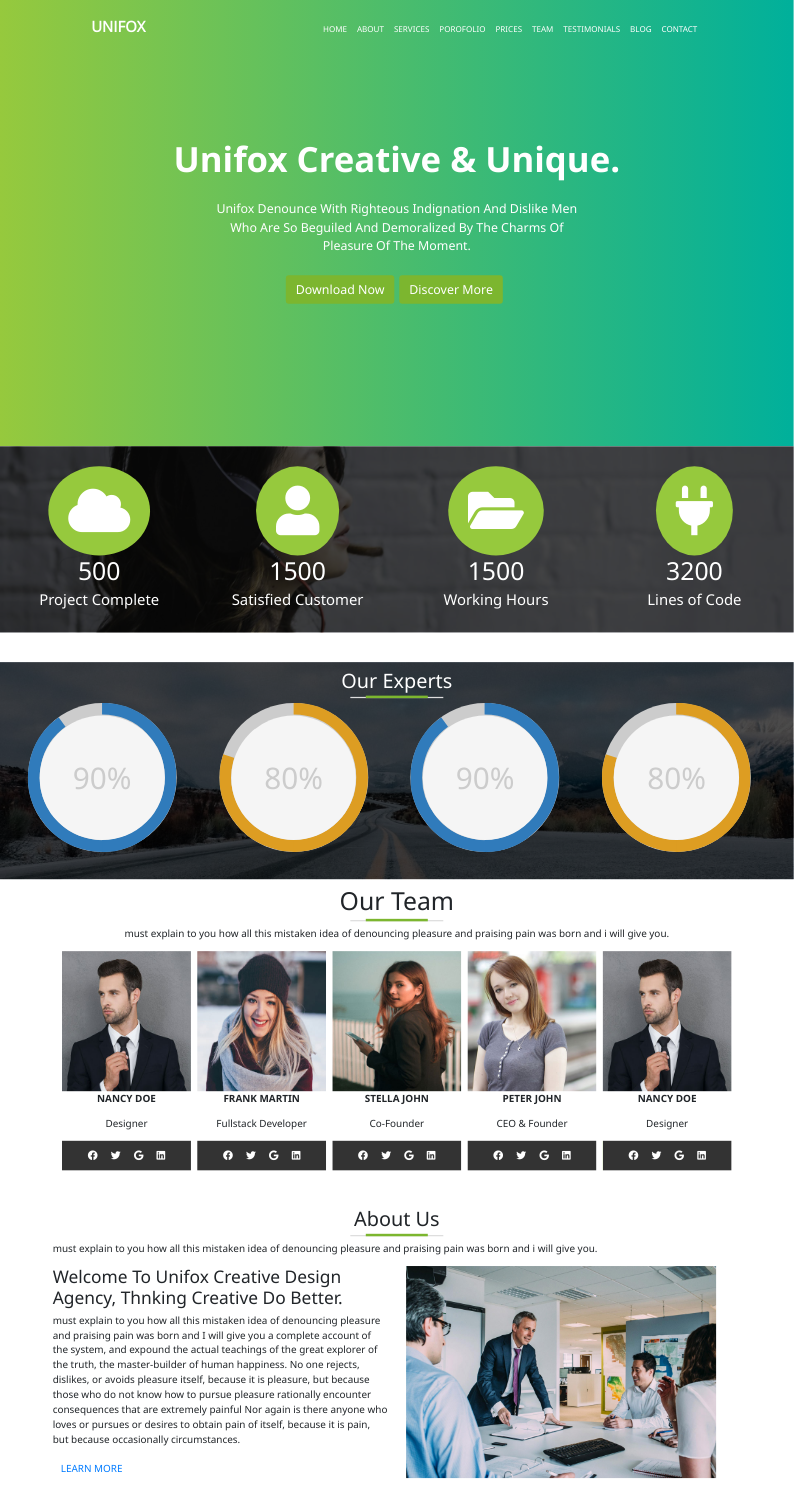
Repository: ibrkhalil/Uniforce-First-Attempt
Page: index.html
The author's editor kept a copy of each file at every save. The page is drawn from the files as they stood at one save, then again after the next save.
The browser window is 1280 px wide. The pictures show the whole page, at 62% of full size.
Backgrounds fixed to the window are drawn as part of the page.

Above is the page before, as saved 2021-01-24 02:30:30.

### index.html
<!DOCTYPE html>
<html lang="en">
  <head>
    <meta charset="UTF-8" />
    <link rel="stylesheet" href="./bootstrap.min.css" />
    <link rel="stylesheet" href="owl.carousel.css" />
    <link rel="preconnect" href="https://fonts.gstatic.com" />
    <link rel="stylesheet" href="./jquery-ui.css" />
    <link
      rel="stylesheet"
      href="https://use.fontawesome.com/releases/v5.15.2/css/all.css"
      integrity="sha384-vSIIfh2YWi9wW0r9iZe7RJPrKwp6bG+s9QZMoITbCckVJqGCCRhc+ccxNcdpHuYu"
      crossorigin="anonymous"
    />
    <link rel="stylesheet" href="./circle.css" />
    <link
      href="https://fonts.googleapis.com/css2?family=Open+Sans&display=swap"
      rel="stylesheet"
    />
    <link rel="stylesheet" href="style.css" />
    <meta name="viewport" content="width=device-width, initial-scale=1.0" />
    <title>Unifox</title>
  </head>

  <body>
    <div class="main-nav">
      <nav
        class="navbar navbar-expand-lg justify-content-around sticky-top navbar-fixed-top"
      >
        <!-- <div class="container"> -->
        <a class="navbar-brand" href="#"><h3 class="unifox">UNIFOX</h3></a>
        <button
          class="navbar-toggler"
          type="button"
          data-toggle="collapse"
          data-target="#navbarSupportedContent"
          aria-controls="navbarSupportedContent"
          aria-expanded="false"
          aria-label="Toggle navigation"
        >
          <span class="fa fa-bars fa-3x"></span>
        </button>
        <div class="">
          <div class="nav-items">
            <div class="collapse navbar-collapse" id="navbarSupportedContent">
              <ul class="navbar-nav mr-auto">
                <li class="item">
                  <a class="nav-link active" href="#">HOME</a>
                </li>
                <li class="nav-item"><a class="nav-link" href="#">ABOUT</a></li>
                <li class="nav-item">
                  <a class="nav-link" href="#">SERVICES</a>
                </li>
                <li class="nav-item">
                  <a class="nav-link" href="#">POROFOLIO</a>
                </li>
                <li class="nav-link"><a href="#">PRICES</a></li>
                <li class="nav-link"><a href="#">TEAM</a></li>
                <li class="nav-link"><a href="#">TESTIMONIALS</a></li>
                <li class="nav-link"><a href="#">BLOG</a></li>
                <li class="nav-link"><a href="#">CONTACT</a></li>
              </ul>
            </div>
          </div>
        </div>

        <!-- </div> -->
      </nav>

      <!-- nav end -->

      <div class="jumbotron">
        <h1 class="display-4 jumbo-main-text">
          <strong>Unifox Creative & Unique.</strong>
        </h1>
        <p class="lead jumbo-subtext">
          Unifox Denounce With Righteous Indignation And Dislike Men Who Are So
          Beguiled And Demoralized By The Charms Of Pleasure Of The Moment.
        </p>

        <div class="jumbo-btns">
          <p class="lead">
            <a class="btn jumbo-btn btn-primary btn-lg" href="#" role="button"
              >Download Now</a
            >
          </p>
          <p class="lead">
            <a class="btn jumbo-btn btn-primary btn-lg" href="#" role="button"
              >Discover More</a
            >
          </p>
        </div>
      </div>
      <!-- jumbotron end -->
      <!-- heading end -->
    </div>
    <div class="counting-number parallax">
      <div class="container-fluid">
        <div class="row">
          <div class="col-md-3">
            <i class="fa counting-icon fa-cloud fa-5x"></i>
            <h1 class="counter" data-count="500">0</h1>
            <h4>Project Complete</h4>
          </div>
          <div class="col-md-3">
            <i class="fa counting-icon fa-user fa-5x"></i>
            <h1 class="counter" data-count="1500">0</h1>
            <h4>Satisfied Customer</h4>
          </div>
          <div class="col-md-3">
            <i class="fa counting-icon fa-folder-open fa-5x"></i>
            <h1 class="counter" data-count="1500">0</h1>
            <h4>Working Hours</h4>
          </div>
          <div class="col-md-3">
            <i class="fa counting-icon fa-plug fa-5x"></i>
            <h1 class="counter" data-count="3200">0</h1>
            <h4>Lines of Code</h4>
          </div>
        </div>
      </div>
    </div>

    <br />
    <br />

    <!-- Counting number div -->
    <div class="our-experts-main">
      <h2 class="our-experts-word line">Our Experts</h2>

      <div class="our-experts">
        <div class="clearfix circular-icons">
          <div class="c100 p90 big blue">
            <span>90%</span>
            <div class="slice">
              <div class="bar"></div>
              <div class="fill"></div>
            </div>
          </div>
          <div class="c100 p80 big orange">
            <span>80%</span>
            <div class="slice">
              <div class="bar"></div>
              <div class="fill"></div>
            </div>
          </div>
          <div class="c100 p90 big blue">
            <span>90%</span>
            <div class="slice">
              <div class="bar"></div>
              <div class="fill"></div>
            </div>
          </div>

          <div class="c100 p80 big orange">
            <span>80%</span>
            <div class="slice">
              <div class="bar"></div>
              <div class="fill"></div>
            </div>
          </div>
        </div>
        <!-- /green -->

        <!-- orange -->
        <div class="clearfix"></div>
      </div>
    </div>

    <!-- experts end -->

    <div class="our-team">
      <div class="container">
        <div class="our-team-text">
          <h1 class="line">Our Team</h1>

          <p>
            must explain to you how all this mistaken idea of denouncing
            pleasure and praising pain was born and i will give you.
          </p>
        </div>
        <div class="top-content">
          <div class="container-fluid">
            <div class="owl-carousel owl-theme">
              <div class="item">
                <img
                  src="./images/1 (1).jpg"
                  class="img-fluid mx-auto d-block"
                  alt="img1"
                />
                <strong class="team-member-name">
                  <p>STELLA JOHN</p>
                </strong>
                <p>Co-Founder</p>
                <div class="social-media-icons" data-content="Link Hover">
                  <div
                    class="container d-flex justify-content-around align-items-center"
                  >
                    <i class="fab fa-facebook"></i>
                    <i class="fab fa-twitter"></i>
                    <i class="fab fa-google"></i>
                    <i class="fab fa-linkedin"></i>
                  </div>
                </div>
              </div>

              <div class="item">
                <img
                  src="./images/2 (1).jpg"
                  class="img-fluid mx-auto d-block"
                  alt="img2"
                />
                <strong class="team-member-name">
                  <p>PETER JOHN</p>
                </strong>
                <p>CEO & Founder</p>
                <div class="social-media-icons">
                  <div
                    class="container d-flex justify-content-around align-items-center"
                  >
                    <i class="fab fa-facebook"></i>
                    <i class="fab fa-twitter"></i>
                    <i class="fab fa-google"></i>
                    <i class="fab fa-linkedin"></i>
                  </div>
                </div>
              </div>

              <div class="item">
                <img
                  src="./images/3 (1).jpg"
                  class="img-fluid mx-auto d-block"
                  alt="img3"
                />
                <strong class="team-member-name">
                  <p>NANCY DOE</p>
                </strong>
                <p>Designer</p>
                <div class="social-media-icons">
                  <div
                    class="container d-flex justify-content-around align-items-center"
                  >
                    <i class="fab fa-facebook"></i>
                    <i class="fab fa-twitter"></i>
                    <i class="fab fa-google"></i>
                    <i class="fab fa-linkedin"></i>
                  </div>
                </div>
              </div>

              <div class="item">
                <img
                  src="./images/4.jpg"
                  class="img-fluid mx-auto d-block"
                  alt="img4"
                />
                <strong class="team-member-name">
                  <p>FRANK MARTIN</p>
                </strong>
                <p>Fullstack Developer</p>
                <div class="social-media-icons">
                  <div
                    class="container d-flex justify-content-around align-items-center"
                  >
                    <i class="fab fa-facebook"></i>
                    <i class="fab fa-twitter"></i>
                    <i class="fab fa-google"></i>
                    <i class="fab fa-linkedin"></i>
                  </div>
                </div>
              </div>
            </div>
          </div>
        </div>
      </div>
    </div>
        <section class="about-section my-5 green-bottom-border">
            <div class="container">
                <h2 class="line">About Us</h2>
                <p>must explain to you how all this mistaken idea of denouncing pleasure and praising pain was born and i will give you.</p>
                <div class="row">
                    <div class="col-md-6"><h3>Welcome To <span class="green-color">Unifox Creative</span> Design Agency, Thnking Creative Do Better.</h3><p>must explain to you how all this mistaken idea of denouncing pleasure and praising pain was born and I will give you a complete account of the system, and expound the actual teachings of the great explorer of the truth, the master-builder of human happiness. No one rejects, dislikes, or avoids pleasure itself, because it is pleasure, but because those who do not know how to pursue pleasure rationally encounter consequences that are extremely painful Nor again is there anyone who loves or pursues or desires to obtain pain of itself, because it is pain, but because occasionally circumstances.</p>
                    <a href="#" class="btn">LEARN MORE</a>
                    </div>
                    <div class="col-md-6">
                        <img src="./about-bg.jpg" src="about" width="500px">
                    </div>
                </div>
            </div>
            </section>

    <script src="./jquery.js"></script>
    <script src="./jquery-ui.js"></script>
    <script src="./owl.carousel.js"></script>
    <script src="./owl.autoplay.js"></script>
    <script src="./bootstrap.js"></script>
    <script src="./script.js"></script>
  </body>
</html>

### style.css
*{
    margin: 0;
    padding: 0;
}
body{
    font-family: 'Segoe UI', Tahoma, Geneva, Verdana, sans-serif;
}
.nav-items{
    display: flex;
    width: 100%;
    justify-content: space-between;
}

.main-nav h3{
    font-family: 'Open Sans', sans-serif;
    font-weight: bold;
    font-size: x-large;
}
.main-nav{
    transition: all 200ms;
    font-size: small;
    background: linear-gradient(to right, #96c93d, #00b09b);
    height: 100vh;
}
.main-nav a{
    text-decoration: none;
    color: white;
    border: none;
}
 .main-nav li, .main-nav h3 {
    margin-top: 1rem;
}
.circular-icons{
    display: flex;
    justify-content: space-between;
}
.jumbotron{
    text-align: center;
    margin-top: 5rem;
    color: white;
    background-color: transparent;
}
.jumbo-btn{
    background-color: #7CB62F;
}

.navbar-fixed-top a:hover{
    color: #3e3e3e;
}
.navbar-fixed-top.scrolled {
    width: 100vw;
    background-color: #fff !important;
    /* padding: 0.5rem 0; */
    /* transition: all 200ms ease; */

  }
/* .navbar-fixed-top.scrolled  a{
    color: black;

  } */
  .navbar-fixed-top.scrolled  a:hover{
    color: gray;

  }
.jumbo-btns{
    display: flex;
    justify-content: center;
}
.jumbo-subtext{

    margin: 2rem auto;
    width: 50%;
}
.jumbo-main-text{
font-weight: 400;
}
.jumbo-btns p{
   margin-right: 0.5rem;
}
.lead-btns a{
    display: flex;
    border: none;
}
.parallax {
    background-image: url("./fun_facts_bg.jpg");
    height: 300px;
    background-blend-mode: overlay;
    background-attachment: fixed;
    background-position: center;
    background-repeat: no-repeat;
    background-size: cover;
    background-color: rgba(0, 0, 0,0.7);
    color: white;
    text-align: center;
    display: flex;
    align-items: center;
  }
  .parallax img {
      height: 300px;
      object-fit: cover;
  }
  .counting-icon{
      padding: 2rem;
      background-color: #96c93d ;
      border-radius: 50%;
  }
.jumbo-btn:hover{
    transition: 1s;
    background-color: black;
}
.line{
    position: relative;
    text-align: center;
    padding: 10px 0;
}
.line::after , .line::before{
    content: "";
    width: 100px;
    height: 4px;
    position: absolute;
    background-color: #7CB62F;
    left: 50%;
    transform: translate(-50%,0);
    bottom: 0;
}
.line::before{
    height: 2px;
    background-color: #ddd;
    width: 150px;
}


.clearfix:before,.clearfix:after {content: " "; display: table;}
.clearfix:after {clear: both;}
.clearfix {*zoom: 1;}


.our-experts-main{
    background-image: url("./skill-bg.jpg");
    height: 350px;
    background-blend-mode: overlay;
    background-attachment: fixed;
    background-position: center;
    background-repeat: no-repeat;
    background-size: cover;
    background-color: rgba(0, 0, 0,0.7);
    color: white;
}
.our-experts-main:first-child{
    display: flex;
    justify-content: center;
}
.our-experts h2{
    display: block !important;
}
.our-team{
    text-align: center;
}
@media (min-width: 768px) and (max-width: 991px) {
    /* Show 4th slide on md if col-md-4*/
    .carousel-inner .active.col-md-4.carousel-item + .carousel-item + .carousel-item + .carousel-item {
        position: absolute;
        top: 0;
        right: -33.3333%;  /*change this with javascript in the future*/
        z-index: -1;
        display: block;
        visibility: visible;
    }
}
@media (min-width: 576px) and (max-width: 768px) {
    /* Show 3rd slide on sm if col-sm-6*/
    .carousel-inner .active.col-sm-6.carousel-item + .carousel-item + .carousel-item {
        position: absolute;
        top: 0;
        right: -50%;  /*change this with javascript in the future*/
        z-index: -1;
        display: block;
        visibility: visible;
    }
}
@media (min-width: 576px) {
    .carousel-item {
        margin-right: 0;
    }
    /* show 2 items */
    .carousel-inner .active + .carousel-item {
        display: block;
    }
    .carousel-inner .carousel-item.active:not(.carousel-item-right):not(.carousel-item-left),
    .carousel-inner .carousel-item.active:not(.carousel-item-right):not(.carousel-item-left) + .carousel-item {
        transition: none;
    }
    .carousel-inner .carousel-item-next {
        position: relative;
        transform: translate3d(0, 0, 0);
    }
    /* left or forward direction */
    .active.carousel-item-left + .carousel-item-next.carousel-item-left,
    .carousel-item-next.carousel-item-left + .carousel-item,
    .carousel-item-next.carousel-item-left + .carousel-item + .carousel-item {
        position: relative;
        transform: translate3d(-100%, 0, 0);
        visibility: visible;
    }
    /* farthest right hidden item must be also positioned for animations */
    .carousel-inner .carousel-item-prev.carousel-item-right {
        position: absolute;
        top: 0;
        left: 0;
        z-index: -1;
        display: block;
        visibility: visible;
    }
    /* right or prev direction */
    .active.carousel-item-right + .carousel-item-prev.carousel-item-right,
    .carousel-item-prev.carousel-item-right + .carousel-item,
    .carousel-item-prev.carousel-item-right + .carousel-item + .carousel-item {
        position: relative;
        transform: translate3d(100%, 0, 0);
        visibility: visible;
        display: block;
        visibility: visible;
    }
}
/* MD */
@media (min-width: 768px) {
    /* show 3rd of 3 item slide */
    .carousel-inner .active + .carousel-item + .carousel-item {
        display: block;
    }
    .carousel-inner .carousel-item.active:not(.carousel-item-right):not(.carousel-item-left) + .carousel-item + .carousel-item {
        transition: none;
    }
    .carousel-inner .carousel-item-next {
        position: relative;
        transform: translate3d(0, 0, 0);
    }
    /* left or forward direction */
    .carousel-item-next.carousel-item-left + .carousel-item + .carousel-item + .carousel-item {
        position: relative;
        transform: translate3d(-100%, 0, 0);
        visibility: visible;
    }
    /* right or prev direction */
    .carousel-item-prev.carousel-item-right + .carousel-item + .carousel-item + .carousel-item {
        position: relative;
        transform: translate3d(100%, 0, 0);
        visibility: visible;
        display: block;
        visibility: visible;
    }
}
/* LG */
@media (min-width: 991px) {
    /* show 4th item */
    .carousel-inner .active + .carousel-item + .carousel-item + .carousel-item {
        display: block;
    }
    .carousel-inner .carousel-item.active:not(.carousel-item-right):not(.carousel-item-left) + .carousel-item + .carousel-item + .carousel-item {
        transition: none;
    }
    /* Show 5th slide on lg if col-lg-3 */
    .carousel-inner .active.col-lg-3.carousel-item + .carousel-item + .carousel-item + .carousel-item + .carousel-item {
        position: absolute;
        top: 0;
        right: -25%;  /*change this with javascript in the future*/
        z-index: -1;
        display: block;
        visibility: visible;
    }
    /* left or forward direction */
    .carousel-item-next.carousel-item-left + .carousel-item + .carousel-item + .carousel-item + .carousel-item {
        position: relative;
        transform: translate3d(-100%, 0, 0);
        visibility: visible;
    }
    /* right or prev direction //t - previous slide direction last item animation fix */
    .carousel-item-prev.carousel-item-right + .carousel-item + .carousel-item + .carousel-item + .carousel-item {
        position: relative;
        transform: translate3d(100%, 0, 0);
        visibility: visible;
        display: block;
        visibility: visible;
    }
}
.social-media-icons{
    color: white;
    padding: 1rem;
    /* clip-path: polygon(0 0, 0 0, 0% 100%, 0 100%); */
    /* background-size: 100% 0;y/ */
    /* width: 100%; */
    background: red; /* default color */

    /* "to left" / "to right" - affects initial color */
    background: linear-gradient(to left, #333 50%, #7CB62F 50%) right;
    background-size: 200%;
    transition: 1s ease;
}
.social-media-icons:hover{
    background-position:left;
}
.social-media-icons i{
    cursor: pointer;
}

/* .social-media-icons::before{
    position: absolute; */
    /* content: attr(data-content); */
/* } */


.social-media-icons .fab:hover{
    transition: 1s;
    color: gold;
}
.carousel-item:nth-child(2){
    margin-bottom: 1rem;
}

@media screen and (max-width: 768px){
    /* .navbar-nav{ */
        .navbody{
        display: none;
        justify-content: center;
        width: 100vw;
        /* float: right; */
    }
}

Loaded but not shown: bootstrap.min.css (library); owl.carousel.css (library); jquery-ui.css (library); jquery.js (library); jquery-ui.js (library); owl.carousel.js (library); owl.autoplay.js (library); bootstrap.js (library); script.js (88 lines, source omitted); circle.css (879 lines, source omitted)

After the next save:
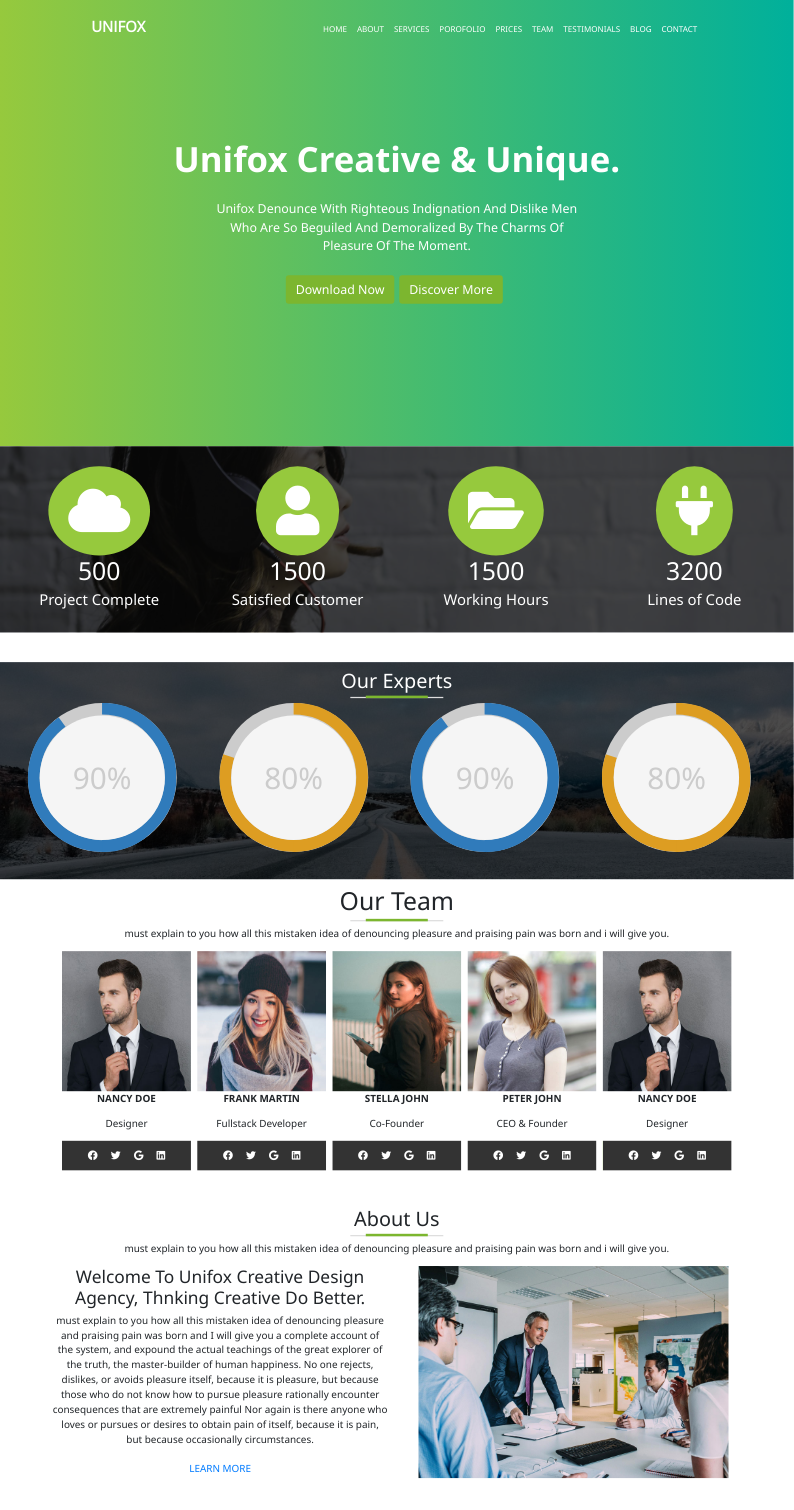
Saved 8 s later.
--- a/style.css
+++ b/style.css
@@ -302,7 +302,9 @@ font-weight: 400;
 .social-media-icons i{
     cursor: pointer;
 }
-
+.about-section{
+    text-align: center;
+}
 /* .social-media-icons::before{
     position: absolute; */
     /* content: attr(data-content); */
